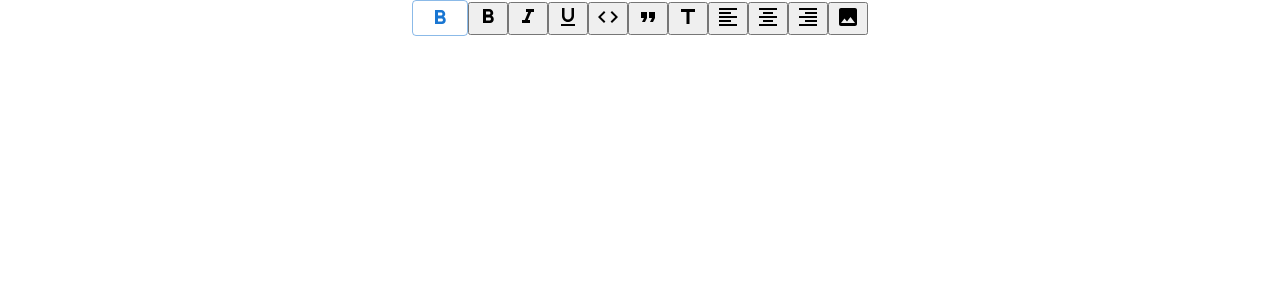
Repository: Judono/typedream_rich_text_editor_project
Page: /toolbar
These files come from the project's save history. The page is drawn as it stood at one moment and after the next save; the edit follows.
The browser window is 1280 px wide. The pictures show the whole page.
The project was rebuilt for these pictures with package versions that can differ from the ones it lists, and the page was loaded fresh each time. The framework's server and built-in components were replaced by stand-ins that run in the browser. Also part of the build but not shown: next.config.js.

Above is the page before, as saved 2022-11-29 14:33:15.

### pages/toolbar.js
import React from 'react'
import CustomEditor from './custom_editor'
import { InsertImageButton } from './images'

import FormatAlignCenterIcon from '@mui/icons-material/FormatAlignCenter';
import FormatAlignLeftIcon from '@mui/icons-material/FormatAlignLeft';
import FormatAlignRightIcon from '@mui/icons-material/FormatAlignRight';
import FormatBoldIcon from '@mui/icons-material/FormatBold';
import FormatItalicIcon from '@mui/icons-material/FormatItalic';
import FormatUnderlinedIcon from '@mui/icons-material/FormatUnderlined';
import FormatQuoteIcon from '@mui/icons-material/FormatQuote';
import TitleIcon from '@mui/icons-material/Title';
import CodeIcon from '@mui/icons-material/Code';

import styles from '../styles/Home.module.css'
import { Button, ButtonGroup } from '@mui/material';

const SlateToolbar = ({editor}) => {
  return (

    <div className={styles.toolbar}>
        <ButtonGroup>
            <Button onMouseDown={event => {
                event.preventDefault()
                CustomEditor.toggleBoldMark(editor)
                }}>
                <FormatBoldIcon />
            </Button>
        </ButtonGroup>

        {/* bold */}
        <button
          onMouseDown={event => {
            event.preventDefault()
            CustomEditor.toggleBoldMark(editor)
          }}
        >
          <FormatBoldIcon />
        </button>

        {/* italic */}
        <button
          onMouseDown={event => {
            event.preventDefault()
            CustomEditor.toggleItalicMark(editor)
          }}
        >
          <FormatItalicIcon />
        </button>

        {/* underline */}
        <button
          onMouseDown={event => {
            event.preventDefault()
            CustomEditor.toggleUnderlineMark(editor)
          }}
        >
          <FormatUnderlinedIcon />
        </button>

        {/* Code block */}
        <button
          onMouseDown={event => {
            event.preventDefault()
            CustomEditor.toggleCodeBlock(editor)
          }}
        >
          <CodeIcon />
        </button>

        {/* Quote Block */}
        <button
          onMouseDown={event => {
            event.preventDefault()
            CustomEditor.toggleQuoteBlock(editor)
          }}
        >
          <FormatQuoteIcon />
        </button>

        {/* Title h1 Block */}
        <button
          onMouseDown={event => {
            event.preventDefault()
            CustomEditor.toggleH1Block(editor)
          }}
        >
          <TitleIcon />
        </button>

        {/* left align */}
        <button
          onMouseDown={event => {
            event.preventDefault()
            CustomEditor.toggleLeftAlign(editor)
          }}
        >
          <FormatAlignLeftIcon />
        </button>

        {/* center align */}
        <button
          onMouseDown={event => {
            event.preventDefault()
            CustomEditor.toggleCenterAlign(editor)
          }}
        >
          <FormatAlignCenterIcon />
        </button>

        {/* right align */}
        <button
          onMouseDown={event => {
            event.preventDefault()
            CustomEditor.toggleRightAlign(editor)
          }}
        >
          <FormatAlignRightIcon />
        </button>

        <InsertImageButton editor={editor}/>
    </div>
  )
}

export default SlateToolbar

### pages/custom_editor.js
import { Editor, Text, Transforms } from 'slate'

const CustomEditor = {
    isBoldMarkActive(editor) {
        const [match] = Editor.nodes(editor, {
        match: n => n.bold === true,
        universal: true,
        })

        return !!match
    },

    isItalicMarkActive(editor) {
        const [match] = Editor.nodes(editor, {
        match: n => n.italic === true,
        universal: true,
        })

        return !!match
    },

    isUnderlineMarkActive(editor) {
        const [match] = Editor.nodes(editor, {
        match: n => n.underline === true,
        universal: true,
        })

        return !!match
    },

    isHighlightMarkActive(editor) {
        const [match] = Editor.nodes(editor, {
        match: n => n.highlight === true,
        universal: true,
        })

        return !!match
    },

    isCodeBlockActive(editor) {
        const [match] = Editor.nodes(editor, {
        match: n => n.type === 'code',
        })

        return !!match
    },

    isQuoteBlockActive(editor) {
        const [match] = Editor.nodes(editor, {
        match: n => n.type === 'quote',
        })

        return !!match
    },

    isH1BlockActive(editor) {
        const [match] = Editor.nodes(editor, {
        match: n => n.type === 'h1Block',
        })

        return !!match
    },

    isCenterAlignActive(editor) {
        const [match] = Editor.nodes(editor, {
        match: n => n.type === 'centerAlign',
        })

        return !!match
    },

    isLeftAlignActive(editor) {
        const [match] = Editor.nodes(editor, {
        match: n => n.type === 'leftAlign',
        })

        return !!match
    },

    isRightAlignActive(editor) {
        const [match] = Editor.nodes(editor, {
        match: n => n.type === 'rightAlign',
        })

        return !!match
    },

    toggleBoldMark(editor) {
        const isActive = CustomEditor.isBoldMarkActive(editor)
        Transforms.setNodes(
        editor,
        { bold: isActive ? null : true },
        { match: n => Text.isText(n), split: true }
        )
    },

    toggleItalicMark(editor) {
        const isActive = CustomEditor.isItalicMarkActive(editor)
        Transforms.setNodes(
        editor,
        { italic: isActive ? null : true },
        { match: n => Text.isText(n), split: true }
        )
    },

    toggleUnderlineMark(editor) {
        const isActive = CustomEditor.isUnderlineMarkActive(editor)
        Transforms.setNodes(
        editor,
        { underline: isActive ? null : true },
        { match: n => Text.isText(n), split: true }
        )
    },

    toggleHighlightMark(editor) {
        const isActive = CustomEditor.isHighlightMarkActive(editor)
        Transforms.setNodes(
        editor,
        { highlight: isActive ? null : true },
        { match: n => Text.isText(n), split: true }
        )
    },

    toggleCodeBlock(editor) {
        const isActive = CustomEditor.isCodeBlockActive(editor)
        Transforms.setNodes(
        editor,
        { type: isActive ? null : 'code' },
        { match: n => Editor.isBlock(editor, n) }
        )
    },

    toggleQuoteBlock(editor) {
        const isActive = CustomEditor.isQuoteBlockActive(editor)
        Transforms.setNodes(
        editor,
        { type: isActive ? null : 'quote' },
        { match: n => Editor.isBlock(editor, n) }
        )
    },

    toggleH1Block(editor) {
        const isActive = CustomEditor.isH1BlockActive(editor)
        Transforms.setNodes(
        editor,
        { type: isActive ? null : 'h1Block' },
        { match: n => Editor.isBlock(editor, n) }
        )
    },

    toggleCenterAlign(editor) {
        const isActive = CustomEditor.isCenterAlignActive(editor)
        Transforms.setNodes(
        editor,
        { type: isActive ? null : 'centerAlign' },
        { match: n => Editor.isBlock(editor, n) }
        )
    },
    toggleLeftAlign(editor) {
        const isActive = CustomEditor.isLeftAlignActive(editor)
        Transforms.setNodes(
        editor,
        { type: isActive ? null : 'leftAlign' },
        { match: n => Editor.isBlock(editor, n) }
        )
    },
    toggleRightAlign(editor) {
        const isActive = CustomEditor.isRightAlignActive(editor)
        Transforms.setNodes(
        editor,
        { type: isActive ? null : 'rightAlign' },
        { match: n => Editor.isBlock(editor, n) }
        )
    },
    }

export default CustomEditor

### pages/images.js
import React from 'react'
import { Transforms } from 'slate'
import ImageIcon from '@mui/icons-material/Image';

export const InsertImageButton = ({editor}) => {
    return (
        <button
        onMouseDown={event => {
            event.preventDefault()
            const url = window.prompt('Enter the URL of the image:')
            url && insertImage(editor, url)
        }}
        >
        <ImageIcon />
        </button>
    )
}

const insertImage = (editor, url) => {
    const text = { text: '' }
    const image = { type: 'image', url, children: [text] }
    Transforms.insertNodes(editor, image)
    }

    const Element = props => {
    const { attributes, children, element } = props

    switch (element.type) {
        case 'image':
        return <Image {...props} />
        default:
        return <p {...attributes}>{children}</p>
    }
}

### styles/Home.module.css
.toolbar {
  display: flex;
  align-items: center;
  justify-content: center;
}

.container {
  padding: 0 2rem;
}

.main {
  min-height: 100vh;
  padding: 4rem 0;
  flex: 1;
  display: flex;
  flex-direction: column;
  justify-content: center;
  align-items: center;
}

.footer {
  display: flex;
  flex: 1;
  padding: 2rem 0;
  border-top: 1px solid #eaeaea;
  justify-content: center;
  align-items: center;
}

.footer a {
  display: flex;
  justify-content: center;
  align-items: center;
  flex-grow: 1;
}

.title a {
  color: #0070f3;
  text-decoration: none;
}

.title a:hover,
.title a:focus,
.title a:active {
  text-decoration: underline;
}

.title {
  margin: 0;
  line-height: 1.15;
  font-size: 4rem;
}

.title,
.description {
  text-align: center;
}

.description {
  margin: 4rem 0;
  line-height: 1.5;
  font-size: 1.5rem;
}

.code {
  background: #fafafa;
  border-radius: 5px;
  padding: 0.75rem;
  font-size: 1.1rem;
  font-family: Menlo, Monaco, Lucida Console, Liberation Mono, DejaVu Sans Mono,
    Bitstream Vera Sans Mono, Courier New, monospace;
}

.grid {
  display: flex;
  align-items: center;
  justify-content: center;
  flex-wrap: wrap;
  max-width: 800px;
}

.card {
  margin: 1rem;
  padding: 1.5rem;
  text-align: left;
  color: inherit;
  text-decoration: none;
  border: 1px solid #eaeaea;
  border-radius: 10px;
  transition: color 0.15s ease, border-color 0.15s ease;
  max-width: 300px;
}

.card:hover,
.card:focus,
.card:active {
  color: #0070f3;
  border-color: #0070f3;
}

.card h2 {
  margin: 0 0 1rem 0;
  font-size: 1.5rem;
}

.card p {
  margin: 0;
  font-size: 1.25rem;
  line-height: 1.5;
}

.logo {
  height: 1em;
  margin-left: 0.5rem;
}

@media (max-width: 600px) {
  .grid {
    width: 100%;
    flex-direction: column;
  }
}

@media (prefers-color-scheme: dark) {
  .card,
  .footer {
    border-color: #222;
  }
  .code {
    background: #111;
  }
  .logo img {
    filter: invert(1);
  }
}

Loaded but not shown: pages/_app.js (common file); styles/globals.css (common file)

After the next save:
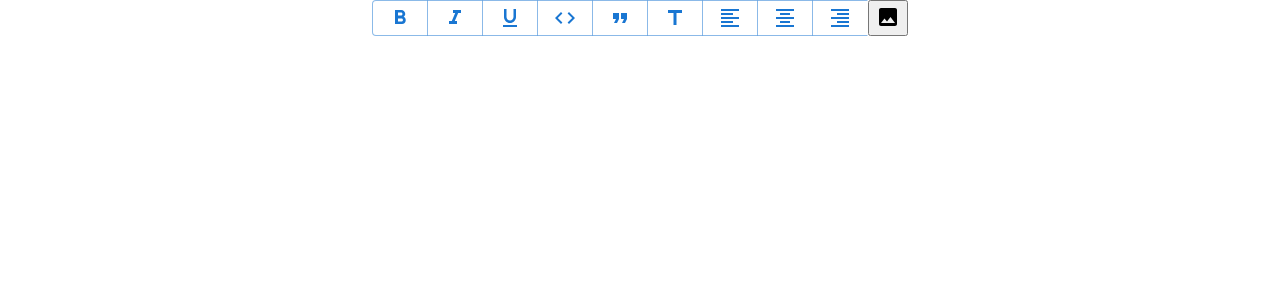
Saved 82 s later.
--- a/pages/toolbar.js
+++ b/pages/toolbar.js
@@ -20,105 +20,96 @@ const SlateToolbar = ({editor}) => {
 
     <div className={styles.toolbar}>
         <ButtonGroup>
+            {/* bold */}
             <Button onMouseDown={event => {
                 event.preventDefault()
                 CustomEditor.toggleBoldMark(editor)
                 }}>
                 <FormatBoldIcon />
             </Button>
-        </ButtonGroup>
 
-        {/* bold */}
-        <button
-          onMouseDown={event => {
-            event.preventDefault()
-            CustomEditor.toggleBoldMark(editor)
-          }}
-        >
-          <FormatBoldIcon />
-        </button>
-
-        {/* italic */}
-        <button
+            {/* italic */}
+        <Button
           onMouseDown={event => {
             event.preventDefault()
             CustomEditor.toggleItalicMark(editor)
           }}
         >
           <FormatItalicIcon />
-        </button>
+        </Button>
 
         {/* underline */}
-        <button
+        <Button
           onMouseDown={event => {
             event.preventDefault()
             CustomEditor.toggleUnderlineMark(editor)
           }}
         >
           <FormatUnderlinedIcon />
-        </button>
+        </Button>
 
         {/* Code block */}
-        <button
+        <Button
           onMouseDown={event => {
             event.preventDefault()
             CustomEditor.toggleCodeBlock(editor)
           }}
         >
           <CodeIcon />
-        </button>
+        </Button>
 
         {/* Quote Block */}
-        <button
+        <Button
           onMouseDown={event => {
             event.preventDefault()
             CustomEditor.toggleQuoteBlock(editor)
           }}
         >
           <FormatQuoteIcon />
-        </button>
+        </Button>
 
         {/* Title h1 Block */}
-        <button
+        <Button
           onMouseDown={event => {
             event.preventDefault()
             CustomEditor.toggleH1Block(editor)
           }}
         >
           <TitleIcon />
-        </button>
+        </Button>
 
         {/* left align */}
-        <button
+        <Button
           onMouseDown={event => {
             event.preventDefault()
             CustomEditor.toggleLeftAlign(editor)
           }}
         >
           <FormatAlignLeftIcon />
-        </button>
+        </Button>
 
         {/* center align */}
-        <button
+        <Button
           onMouseDown={event => {
             event.preventDefault()
             CustomEditor.toggleCenterAlign(editor)
           }}
         >
           <FormatAlignCenterIcon />
-        </button>
+        </Button>
 
         {/* right align */}
-        <button
+        <Button
           onMouseDown={event => {
             event.preventDefault()
             CustomEditor.toggleRightAlign(editor)
           }}
         >
           <FormatAlignRightIcon />
-        </button>
+        </Button>
 
         <InsertImageButton editor={editor}/>
+        </ButtonGroup>
     </div>
   )
 }
